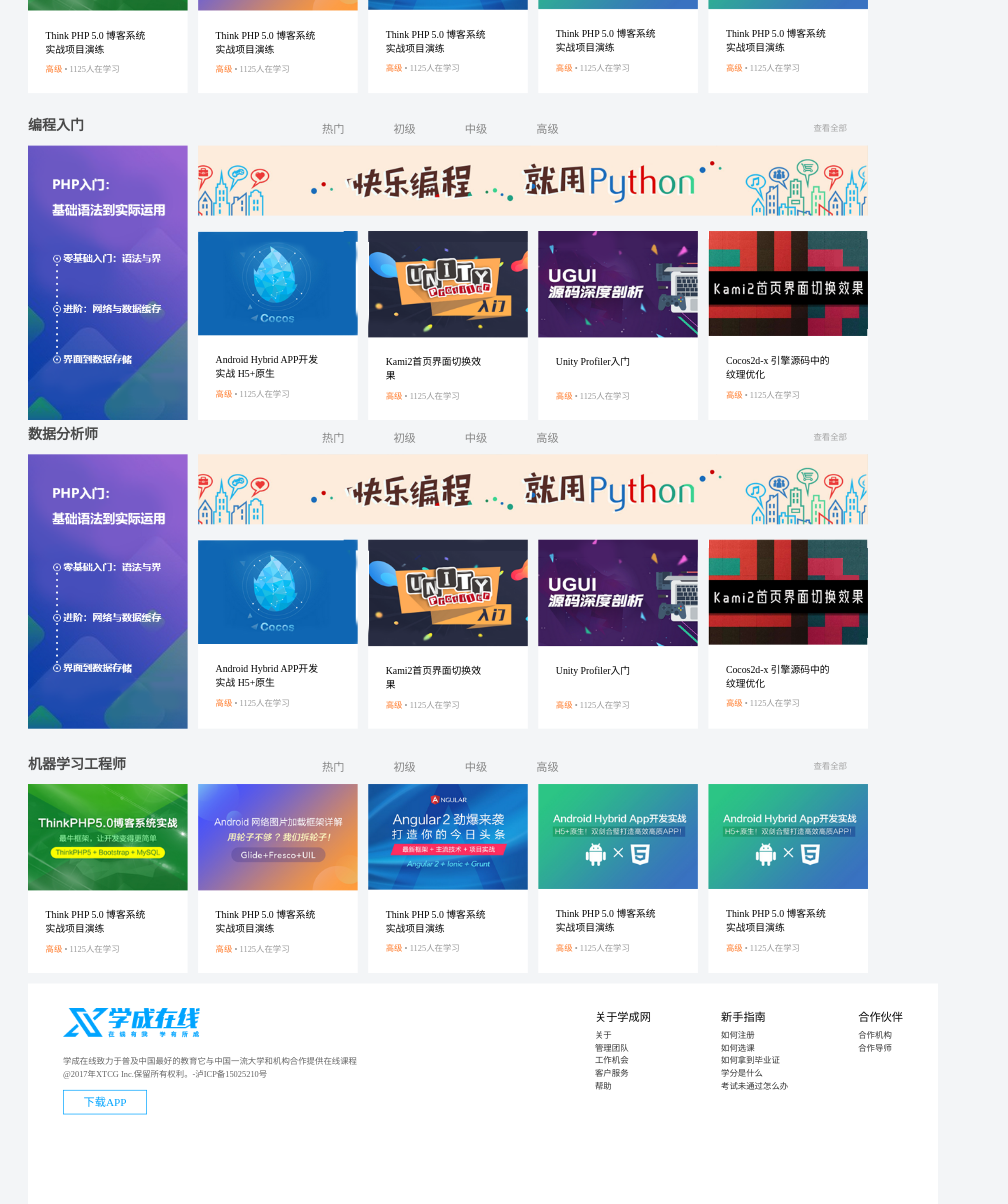
Repository: ywq0312/XueCheng
Page: index.html
The author's editor kept a copy of each file at every save. The page is drawn from the files as they stood at one save, then again after the next save.
The browser window is 1280 px wide. The page is 1340 px wide, then 1440 px, so the pictures cover 1440 px, including what lies to the right of the window. The pictures show the part of the page from y = 1090 to 2810 px (the page is 2810 px tall), at 70% of full size.

Above is the page before, as saved 2021-05-19 15:41:53.

### index.html
<!DOCTYPE html>
<html lang="en">

<head>
    <meta charset="UTF-8">
    <meta http-equiv="X-UA-Compatible" content="IE=edge">
    <meta name="viewport" content="width=device-width, initial-scale=1.0">
    <title>学成在线</title>
    <!-- 引入重置样式表 -->
    <!-- <link rel="stylesheet" href="./css/reset.css"> -->
    <!-- 引入公共样式表 -->
    <link rel="stylesheet" href="./css/base.css">
    <!-- 引入图标字体库 -->
    <link rel="stylesheet" href="./fa/css/all.css">
    <!-- 引入css样式 -->
    <link rel="stylesheet" href="./css/style.css">
</head>

<body>
    <!-- 1.头部区域 -->
    <div class="header w">
        <!-- logo部分 -->
        <div class="logo">
            <img src="./images/学成在线.png" alt="学成在线logo">
        </div>
        <!-- 导航栏部分nav -->
        <div class="nav">
            <ul>
                <li><a href="#">首页</a></li>
                <li><a href="#">课程</a></li>
                <li><a href="#">职业规划</a></li>
            </ul>
        </div>
        <!-- 搜索框 -->
        <div class="search">
            <!-- 输入关键字可以用  placeholder = "输入关键字" -->
            <input type="text" value="输入关键字" name="" id="">
            <!--
                文本框input、表单、单元格、图片都是行内块元素，行内块元素之间有一个默认缝隙
                解决办法：1.浮动中间无缝隙，可给input、button都加上浮动
            -->
            <button></button>
        </div>
        <!-- 用户模块 -->
        <div class="user">
            <img src="./images/user.png" alt="">
            qq-lilei
        </div>
    </div>
    <!-- 2.bannar部分 -->
    <div class="banner">
        <div class="w">
            <!-- 左侧导航栏模块 -->
            <div class="subnav">
                <ul>
                    <li>
                        <a href="#">
                            前端开发
                            <span> &gt; </span>
                            <!-- 如果用的是字体图标库，则需加上line-height -->
                            <!-- <span class="fas fa-angle-right"></span> -->
                        </a>
                        <!-- 这个符号也可以用大于号>代替 -->
                    </li>
                    <li>
                        <a href="#">
                            后端开发
                            <span>&gt;</span>
                            <!-- <span class="fas fa-angle-right"></span> -->
                        </a>
                    </li>
                    <li>
                        <a href="#">
                            移动开发
                            <span>&gt;</span>
                            <!-- <span class="fas fa-angle-right"></span> -->
                        </a>
                    </li>
                    <li>
                        <a href="#">
                            人工智能
                            <span>&gt;</span>
                            <!-- <span class="fas fa-angle-right"></span> -->
                        </a>
                    </li>
                    <li>
                        <a href="#">
                            商业预测
                            <span>&gt;</span>
                            <!-- <span class="fas fa-angle-right"></span> -->
                        </a>
                    </li>
                    <li>
                        <a href="#">
                            云计算&大数据
                            <span>&gt;</span>
                            <!-- <span class="fas fa-angle-right"></span> -->
                        </a>
                    </li>
                    <li>
                        <a href="#">
                            运维&从测试
                            <span>&gt;</span>
                            <!-- <span class="fas fa-angle-right"></span> -->
                        </a>
                    </li>
                    <li>
                        <a href="#">
                            UI设计
                            <span>&gt;</span>
                            <!-- <span class="fas fa-angle-right"></span> -->
                        </a>
                    </li>
                    <li>
                        <a href="#">
                            产品
                            <span>&gt;</span>
                            <!-- <span class="fas fa-angle-right"></span> -->
                        </a>
                    </li>
                </ul>
            </div>
            <!-- 课程表模块 -->
            <div class="course">
                <h2>我的课程表</h2>
                <div class="bd">
                    <ul>
                        <li>
                            <a href="#">
                                <h4>继续学习 程序语言设计</h4>
                                <p>正在学习-使用对象</p>
                            </a>
                        </li>
                        <li>
                            <a href="#">
                                <h4>继续学习 程序语言设计</h4>
                                <p>正在学习-使用对象</p>
                            </a>
                        </li>
                        <li>
                            <a href="#">
                                <h4>继续学习 程序语言设计</h4>
                                <p>正在学习-使用对象</p>
                            </a>
                        </li>
                    </ul>
                    <a href="#" class="more">全部课程</a>
                </div>
            </div>
        </div>
    </div>
    <!-- 3.精品推荐 -->
    <div class="goods w">
        <h3>精品推荐</h3>
        <ul>
            <li><a href="#">jQuery</a></li>
            <li><a href="#">Spark</a></li>
            <li><a href="#">MySQL</a></li>
            <li><a href="#">JavaWeb</a></li>
            <li><a href="#">MySQL</a></li>
            <li><a href="#">JavaWeb</a></li>
        </ul>
        <a href="#" class="mod">修改兴趣</a>
    </div>
    <!-- 4.box核心内容区域 -->
    <div class="box w">
        <div class="box-hd">
            <h3>精品推荐</h3>
            <a href="#">查看全部</a>
        </div>
        <div class="box-bd">
            <!-- ul清楚浮动的原因是底下的li是浮动的，脱离了标准流，会让下面的内容跑到li底下（子不教父之过，所以给li的父元素清除浮动） -->
            <ul class="clearfix">
                <li>
                    <em>
                        <!-- 因为底下已经有一个img图片设置了样式，所以用另外一个标签包含 -->
                        <img src="./images/hot.png" alt="">
                    </em>
                    <img src="./images/pic.png" alt="">
                    <h4>Think PHP 5.0 博客系统实战项目演练</h4>
                    <div class="info">
                        <span>高级</span> • 1125人在学习
                    </div>
                </li>
                <li>
                    <em>
                        <img src="./images/new.png" alt="">
                    </em>
                    <img src="./images/pic2.png" alt="">
                    <h4>Think PHP 5.0 博客系统实战项目演练</h4>
                    <div class="info">
                        <span>高级</span> • 1125人在学习
                    </div>
                </li>
                <li>
                    <img src="./images/pic3.png" alt="">
                    <h4>Think PHP 5.0 博客系统实战项目演练</h4>
                    <div class="info">
                        <span>高级</span> • 1125人在学习
                    </div>
                </li>
                <li>
                    <img src="./images/pic4.png" alt="">
                    <h4>Think PHP 5.0 博客系统实战项目演练</h4>
                    <div class="info">
                        <span>高级</span> • 1125人在学习
                    </div>
                </li>
                <li>
                    <img src="./images/pic4.png" alt="">
                    <h4>Think PHP 5.0 博客系统实战项目演练</h4>
                    <div class="info">
                        <span>高级</span> • 1125人在学习
                    </div>
                </li>
                <li>
                    <em>
                        <img src="./images/hot.png" alt="">
                    </em>
                    <img src="./images/pic.png" alt="">
                    <h4>Think PHP 5.0 博客系统实战项目演练</h4>
                    <div class="info">
                        <span>高级</span> • 1125人在学习
                    </div>
                </li>
                <li>
                    <em>
                        <img src="./images/new.png" alt="">
                    </em>
                    <img src="./images/pic2.png" alt="">
                    <h4>Think PHP 5.0 博客系统实战项目演练</h4>
                    <div class="info">
                        <span>高级</span> • 1125人在学习
                    </div>
                </li>
                <li>
                    <img src="./images/pic3.png" alt="">
                    <h4>Think PHP 5.0 博客系统实战项目演练</h4>
                    <div class="info">
                        <span>高级</span> • 1125人在学习
                    </div>
                </li>
                <li>
                    <img src="./images/pic4.png" alt="">
                    <h4>Think PHP 5.0 博客系统实战项目演练</h4>
                    <div class="info">
                        <span>高级</span> • 1125人在学习
                    </div>
                </li>
                <li>
                    <img src="./images/pic4.png" alt="">
                    <h4>Think PHP 5.0 博客系统实战项目演练</h4>
                    <div class="info">
                        <span>高级</span> • 1125人在学习
                    </div>
                </li>
            </ul>
        </div>
    </div>
    <!-- 5.内容区 -->
    <div class="content w clearfix">
        <div class="content-hd">
            <h3>编程入门</h3>
            <ul>
                <li><a href="#">热门</a></li>
                <li><a href="#">初级</a></li>
                <li><a href="#">中级</a></li>
                <li><a href="#">高级</a></li>
            </ul>
            <a href="#">查看全部</a>
        </div>
        <div class="content-left">
            <img src="./images/c-pic1.png" alt="">
        </div>
        <div class="content-right">
            <div class="content-top">
                <img src="./images/c-pic.png" alt="">
            </div>
            <div class="content-btn">
                <ul>
                    <li>
                        <img src="./images/c-pic2.png" alt="">
                        <h4>Android Hybrid APP开发实战 H5+原生</h4>
                        <div class="info">
                            <span>高级</span> • 1125人在学习
                        </div>
                    </li>
                    <li>
                        <img src="./images/c-pic3.png" alt="">
                        <h4>Kami2首页界面切换效果</h4>
                        <div class="info">
                            <span>高级</span> • 1125人在学习
                        </div>
                    </li>
                    <li>
                        <img src="./images/c-cip4.png" alt="">
                        <h4>Unity Profiler入门</h4>
                        <div class="info">
                            <span>高级</span> • 1125人在学习
                        </div>
                    </li>
                    <li>
                        <img src="./images/c-cip5.png" alt="">
                        <h4>Cocos2d-x 引擎源码中的纹理优化</h4>
                        <div class="info">
                            <span>高级</span> • 1125人在学习
                        </div>
                    </li>
                </ul>
            </div>
        </div>
        <div class="content w clearfix">
            <div class="content-hd">
                <h3>数据分析师</h3>
                <ul>
                    <li><a href="#">热门</a></li>
                    <li><a href="#">初级</a></li>
                    <li><a href="#">中级</a></li>
                    <li><a href="#">高级</a></li>
                </ul>
                <a href="#">查看全部</a>
            </div>
            <div class="content-left">
                <img src="./images/c-pic1.png" alt="">
            </div>
            <div class="content-right">
                <div class="content-top">
                    <img src="./images/c-pic.png" alt="">
                </div>
                <div class="content-btn">
                    <ul>
                        <li>
                            <img src="./images/c-pic2.png" alt="">
                            <h4>Android Hybrid APP开发实战 H5+原生</h4>
                            <div class="info">
                                <span>高级</span> • 1125人在学习
                            </div>
                        </li>
                        <li>
                            <img src="./images/c-pic3.png" alt="">
                            <h4>Kami2首页界面切换效果</h4>
                            <div class="info">
                                <span>高级</span> • 1125人在学习
                            </div>
                        </li>
                        <li>
                            <img src="./images/c-cip4.png" alt="">
                            <h4>Unity Profiler入门</h4>
                            <div class="info">
                                <span>高级</span> • 1125人在学习
                            </div>
                        </li>
                        <li>
                            <img src="./images/c-cip5.png" alt="">
                            <h4>Cocos2d-x 引擎源码中的纹理优化</h4>
                            <div class="info">
                                <span>高级</span> • 1125人在学习
                            </div>
                        </li>
                    </ul>
                </div>
            </div>
    </div>

    <!-- 其他内容 -->
    <div class="box">
        <div class="content-hd">
            <h3>机器学习工程师</h3>
            <ul>
                <li><a href="#">热门</a></li>
                <li><a href="#">初级</a></li>
                <li><a href="#">中级</a></li>
                <li><a href="#">高级</a></li>
            </ul>
            <a href="#">查看全部</a>
        </div>
        <div class="box-bd">
            <!-- ul清楚浮动的原因是底下的li是浮动的，脱离了标准流，会让下面的内容跑到li底下（子不教父之过，所以给li的父元素清除浮动） -->
            <ul class="clearfix">
                <li>
                    <img src="./images/pic.png" alt="">
                    <h4>Think PHP 5.0 博客系统实战项目演练</h4>
                    <div class="info">
                        <span>高级</span> • 1125人在学习
                    </div>
                </li>
                <li>
                    <img src="./images/pic2.png" alt="">
                    <h4>Think PHP 5.0 博客系统实战项目演练</h4>
                    <div class="info">
                        <span>高级</span> • 1125人在学习
                    </div>
                </li>
                <li>
                    <img src="./images/pic3.png" alt="">
                    <h4>Think PHP 5.0 博客系统实战项目演练</h4>
                    <div class="info">
                        <span>高级</span> • 1125人在学习
                    </div>
                </li>
                <li>
                    <img src="./images/pic4.png" alt="">
                    <h4>Think PHP 5.0 博客系统实战项目演练</h4>
                    <div class="info">
                        <span>高级</span> • 1125人在学习
                    </div>
                </li>
                <li>
                    <img src="./images/pic4.png" alt="">
                    <h4>Think PHP 5.0 博客系统实战项目演练</h4>
                    <div class="info">
                        <span>高级</span> • 1125人在学习
                    </div>
                </li>
            </ul>
        </div>
    </div>
    <!-- footer 页底模块 -->
    <div class="footer">
        <div class="w">
            <div class="copyright">
                <img src="./images/学成在线.png" alt="">
                <p>学成在线致力于普及中国最好的教育它与中国一流大学和机构合作提供在线课程<br>@2017年XTCG Inc.保留所有权利。-泸ICP备15025210号
                </p>
                <a href="#" class="app">下载APP</a>
            </div>
            <div class="links">
                <dl>
                    <dt><a href="#">关于学成网</a></dt>
                    <dd><a href="#">关于</a></dd>
                    <dd><a href="#">管理团队</a></dd>
                    <dd><a href="#">工作机会</a></dd>
                    <dd><a href="#">客户服务</a></dd>
                    <dd><a href="#">帮助</a></dd>
                </dl>
                <dl>
                    <dt><a href="#">新手指南</a></dt>
                    <dd><a href="#">如何注册</a></dd>
                    <dd><a href="#">如何选课</a></dd>
                    <dd><a href="#">如何拿到毕业证</a></dd>
                    <dd><a href="#">学分是什么</a></dd>
                    <dd><a href="#">考试未通过怎么办</a></dd>
                </dl>
                <dl>
                    <dt><a href="#">合作伙伴</a></dt>
                    <dd><a href="#">合作机构</a></dd>
                    <dd><a href="#">合作导师</a></dd>
                </dl>
            </div>
        </div>
    </div>

    <script>
        var text = document.querySelector('input');
        text.onfocus = function () {
            if (this.value === "输入关键字") {
                this.value = '';
            }
            this.style.color = '#333';
        }
        text.onblur = function () {
            if (this.value === '') {
                this.value = '输入关键字';
            }
            this.style.color = '#bfbfbf';
        }
    </script>
</body>

</html>

### css/base.css
.clearfix::before,
.clearfix::after{
    display: table;
    clear: both;
    content: '';
}
.w{
    width: 1200px;
    margin: auto;
}
body{
    background-color: #f3f5f7;
}
a{
    text-decoration: none;
    color: #050505;
}
li{
    list-style-type: none;
}

### css/style.css
*{
    margin: 0;
    padding: 0;
}

/* 头部区域 */
.header{
    height: 42px;
    /* 注意此地方会层叠w里面的margin */
    margin: 30px auto;
}
.logo{
    float: left;
    width: 198px;
    height: 42px;
}
.nav{
    float: left;
    margin-left: 60px;
}
.nav ul li{
    float: left;
    margin: 0 15px;
}
.nav ul li a{
    /* a是行内元素，所以转为块元素后宽高才起效 */
    display: block;
    height: 42px;
    /* 用padding把文字的宽度撑开 */
    padding: 0 10px;
    line-height: 42px;
    font-size: 18px;
    color: #050505;
    text-decoration: none;
}
.nav ul li a:hover{
    border-bottom: 2px solid #00a4ff;
    color: #00a4ff;
}
.search{
    float: left;
    width: 412px;
    height: 42px;
    background-color: skyblue;
    margin-left: 60px;
}
.search input{
    float: left;
    width: 345px;
    height: 40px;
    border: 1px solid #00a4ff;
    border-right: none;
    color: #bfbfbf;
    font-size: 14px;
    outline: none;
    /* 也可以用缩进text-index: 2em; 来将字体往左边移动 */
    padding-left: 15px;
}
.search button{
    float: left;
    width: 50px;
    height: 42px;
    background: url(../images/btn.png);
    /* 去掉按钮button默认边框 */
    border: 0;
}
.user{
    float: right;
    line-height: 42px;
    margin-right: 52px;
    font-size: 16px;
    color: #666;
    /* 图片与文字垂直居中对齐使用vertical-align: middle;  */
    vertical-align: middle;
}
/* banner区域 */
.banner{
    height: 421px;
    background-color: #1c036c;
}
.banner .w{
    height: 421px;
    background: url(../images/banner2.png) no-repeat top center;
}
/* 左侧导航 */
.subnav{
    float: left;
    width: 190px;
    height: 421px;
    background: rgba(0, 0, 0, .3);
}
.subnav ul li{
    height: 45px;
    line-height: 45px;
    padding: 0 20px;
}
.subnav ul li a{
    font-size: 14px;
    color: #fff;
}
.subnav ul li a span{
    float: right;
    /* line-height: 45px; */
}
.subnav ul li a:hover{
    color: #00a4ff;
}
.course{
    float: right;
    width: 230px;
    height: 300px;
    /* 浮动的盒子不会有外边距合并的问题，标准流盒子会发生外边距合并 */
    margin-top: 50px;
    background-color: #fff;
}
/* 右侧课程表 */
.course h2{
    height: 48px;
    background-color: #9bceea;
    text-align: center;
    line-height: 48px;
    font-size: 18px;
    color: #fff;
}
.course .bd{
    padding: 0 20px;
}
.course .bd  ul li{
    padding: 13px 0;
    border-bottom: 1px solid #ccc;
}
.course .bd  ul li h4{
    font-size: 16px;
    color: #4e4e4e;
}
.course .bd  ul li p{
    font-size: 12px;
    color: #a5a5a5;
}
.course .bd .more{
    /* a是行内元素，没有大小，需要转换成块级元素 */
    display: block;
    height: 38px;
    border: 1px solid #00a4ff;
    text-align: center;
    line-height: 38px;
    color: #00a4ff;
    font-size: 16px;
    font-weight: 700;
    margin-top: 7px;
}
/* 精品推荐模块 */
.goods{
    margin-top: 10px;
    height: 60px;
    background-color: #fff;
    /* box-shadow: (X轴偏移量)(Y轴偏移量)(阴影模糊半径)(阴影扩展半径)(阴影颜色) */
    box-shadow: 0 2px 3px 3px rgba(0, 0, 0, .1);
    /* 行高会继承，会继承给3个孩子 */
    line-height: 60px;
}
.goods h3{
    float: left;
    margin-left: 30px;
    font-size: 16px;
    color: #00a4ff;
}
.goods ul{
    float: left;
    margin-left: 30px;
}
.goods ul li{
    float: left;
}
.goods ul li a{
    padding: 0 30px;
    font-size: 16px;
    color: #050505;
    border-left: 1px solid #ccc;
}
.goods .mod{
    float: right;
    margin-right: 30px;
    font-size: 14px;
    color: #00a4ff;
}
.box{
    margin-top: 30px;
}
.box .box-hd,
.content .content-hd{
    /* 必定会有一个高度，若没有高度，底下标准流的东西会往上移 */
    height: 45px;
}
.box .box-hd h3,
.content .content-hd h3{
    float: left;
    font-size: 20px;
    color: #494949;
}
.box .box-hd a,
.content .content-hd > a{
    float: right;
    font-size: 12px;
    color: #a5a5a5;
    margin-top: 10px;
    margin-right: 30px;
}
/* 把li的父亲ul修改的足够宽，一行能装开5个盒子就不会换行了 */
.box .box-bd ul,
.content .content-btn ul{
    width: 1225px;
}
.box .box-bd ul li{
    /* 子绝父相 */
    position: relative;
    float: left;
    width: 228px;
    height: 270px;
    background-color: #fff;
    margin-right: 15px;
    margin-bottom: 15px;
}
/* li > img 的原因是因为这里的img是li的子元素，而hot图片的img是li的孙子元素，宽度就不会100% */
.box .box-bd ul li > img,
.content .content-btn ul li > img{
    width: 100%;
}
.box .box-bd ul li h4,
.content .content-btn ul li h4{
    display: block;
    width: 150px;
    height: 30px;
    margin :20px 20px 20px 25px;
    font-size: 14px;
    color: #050505;
    /* 文字不加粗 */
    font-weight: 400;
}
.box .box-bd ul li em{
    /* 绝对定位 */
    position: absolute;
    top: 4px;
    right: -4px;
}
.box .box-bd .info,
.content .content-btn .info{
    margin :20px 20px 20px 25px;
    font-size: 12px;
    color: #999;
}
.box .box-bd .info span,
.content .content-btn .info span{
    color: #ff7c2d;
}
.content{
    margin-top: 15px;
}
.content .content-hd ul{
    margin-left: 350px;
}
.content .content-hd ul li{
    float: left;
    margin-top: 8px;
    margin-left: 70px;
}
.content .content-hd ul li a{
    font: 16px;
    color: #868686;
}
.content .content-hd ul li a:hover{
    color: #00a4ff;
}
.content .content-left{
    float: left;
}
.content .content-top{
    float: right;
}
.content .content-btn ul li{
    float: left;
    width: 228px;
    height: 270px;
    background-color: #fff;
    margin-right: 15px;
    margin-top: 18px;
}
.content .content-btn ul li:first-child{
    margin-left: 15px;
}
/* 页脚部分 */
.footer{
    width: 1300px;
    height: 315px;
    background-color: #fff;
}
.footer .w{
    padding-top: 35px;
}
.copyright {
    float: left;
}
.copyright p{
    font-size: 12px;
    color: #666;
    margin-top: 20px;
    margin-bottom: 15px;
}
.copyright .app{
    display: block;
    width: 118px;
    height: 33px;
    text-align: center;
    line-height: 33px;
    color: #00a4ff;
    font-size: 16px;
    border: 1px solid #00a4ff;
}
.links{
    float: right;
}
.links dl{
    float: left;
    margin-left: 100px;
}
.links dl dt{
    font-size: 16px;
    color: #333;
    margin-bottom: 5px;
}
.links dl dd a{
    color: #333;
    font-size: 12px;
}

Loaded but not shown: fa/css/all.css (library)

After the next save:
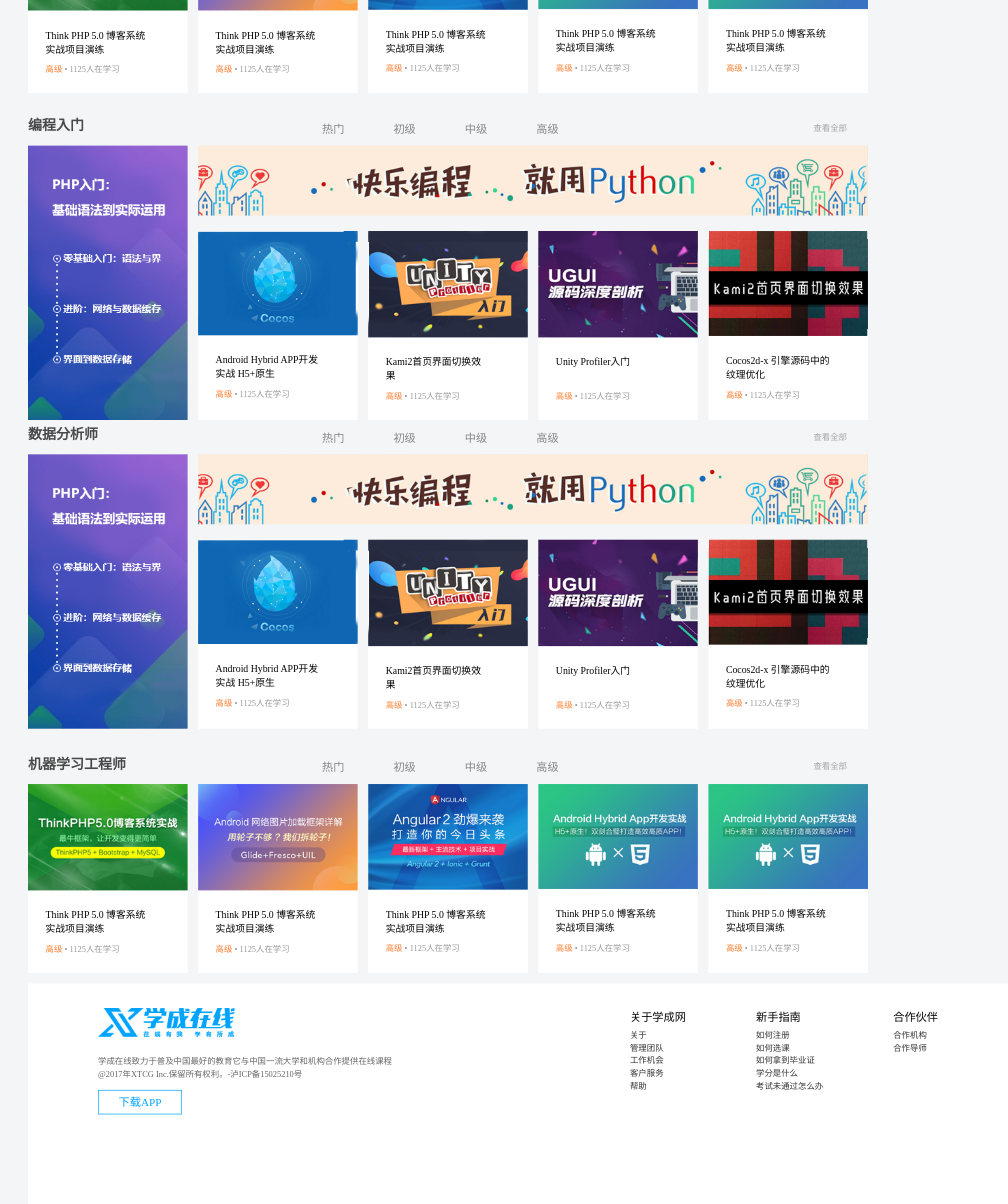
Saved 21 s later.
--- a/css/style.css
+++ b/css/style.css
@@ -290,7 +290,7 @@
 }
 /* 页脚部分 */
 .footer{
-    width: 1300px;
+    width: 1400px;
     height: 315px;
     background-color: #fff;
 }
